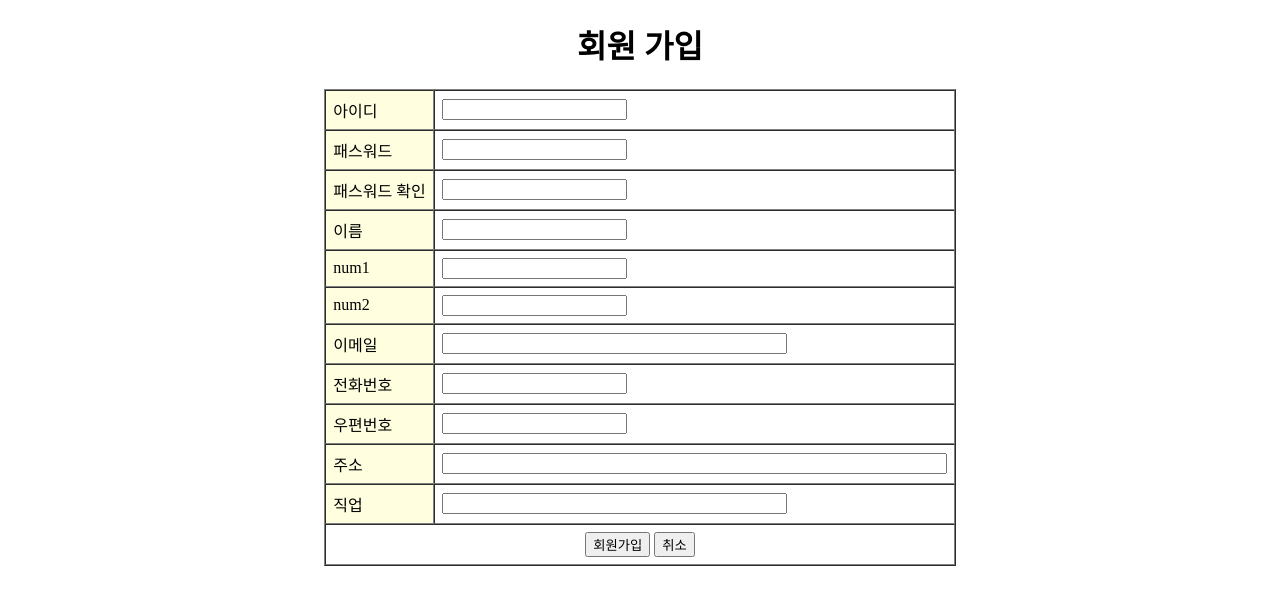
Repository: leekyengho/zodiac
Page: http://localhost/jsphomepage/homepage/member.jsp
These files come from the project's save history. The page is drawn as it stood at one moment and after the next save; the edit follows.
The browser window is 1280 px wide. The pictures show the whole page.
The page is served by Tomcat 9. Other server files are loaded and not shown.

Above is the page before, as saved 2016-11-26 13:24:53.

### jsphomepage/WebContent/homepage/member.jsp
<%@ page language="java" contentType="text/html; charset=EUC-KR"
    pageEncoding="EUC-KR"%>
<!DOCTYPE html PUBLIC "-//W3C//DTD HTML 4.01 Transitional//EN" "http://www.w3.org/TR/html4/loose.dtd">
<html>
<head>
<meta http-equiv="Content-Type" content="text/html; charset=EUC-KR">
<title>Insert title here</title>
</head>
<body>
<div align=center>
<h1>회원 가입</h1>
	<form name=memberFrm  method="post" action="memberProc.jsp">
		<table border=1 cellpadding=7 cellspacing=0 >
			<tr>
				<td bgcolor=lightyellow>아이디 </td>
    			<td align=left><input type="text" name="id"  maxlength=20></td>
    		</tr>
			<tr>
				<td bgcolor=lightyellow>패스워드 </td>
    			<td align=left><input type="password" name="passwd"  maxlength=20></td>
    		</tr>
			<tr>
				<td bgcolor=lightyellow>패스워드 확인 </td>
  			    <td align=left><input type="password" name="repasswd"  maxlength=20></td>
  			</tr>
			<tr>
				<td bgcolor=lightyellow>이름 </td>
    			<td align=left><input type="text" name="name"  maxlength=20/></td>
    		</tr>
			<tr>
				<td bgcolor=lightyellow>num1</td>
   				<td align=left><input type="text" name="num1"  maxlength=7></td>
   			</tr>
			<tr>
				<td bgcolor=lightyellow>num2 </td>
  				<td align=left><input type="text" name="num2"  maxlength=7 ></td>
  			</tr>
			<tr>
				<td bgcolor=lightyellow>이메일 </td>
  				<td align=left><input type="text" name="email" maxlength=30 size=40></td>
  			</tr>
			<tr>
				<td bgcolor=lightyellow>전화번호 </td>
  				<td align=left><input type="text" name="phone" maxlength=30></td>
  			</tr>
			<tr>
				<td bgcolor=lightyellow>우편번호</td>
   				<td align=left><input type="text" name="zipcode" maxlength=7></td>
   			</tr>
			<tr>
				<td bgcolor=lightyellow>주소 </td>
    			<td align=left><input type="text" name="address" maxlength=30 size=60></td>
    		</tr>
			<tr>
				<td bgcolor=lightyellow>직업</td>
   				<td align=left><input type="text" name="job" maxlength=30 size=40></td>
   			</tr>
			<tr>
				<td colspan=2 align=center><input type="submit" value="회원가입">
    			<input type="reset" value="취소"></td>
    		</tr>
		</table>
	</form>
</div>
</body>
</html>

After the next save:
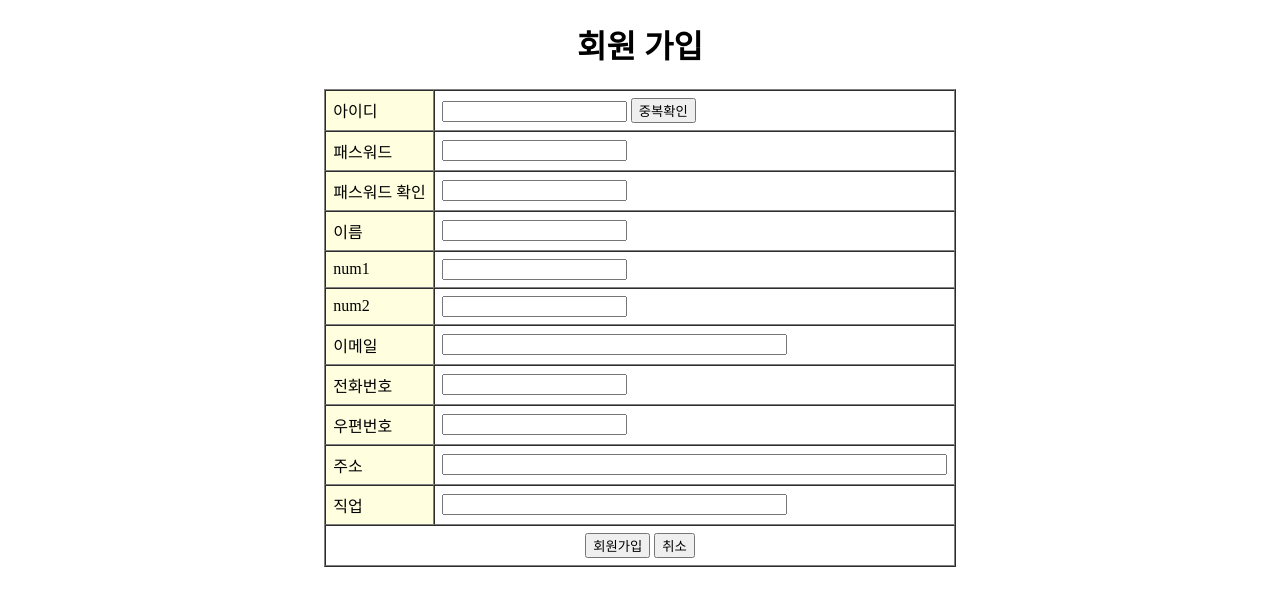
Console error (its wording comes from the project's code and is left out).
Saved 39 min 12 s later.
--- a/jsphomepage/WebContent/homepage/member.jsp
+++ b/jsphomepage/WebContent/homepage/member.jsp
@@ -13,7 +13,9 @@
 		<table border=1 cellpadding=7 cellspacing=0 >
 			<tr>
 				<td bgcolor=lightyellow>아이디 </td>
-    			<td align=left><input type="text" name="id"  maxlength=20></td>
+    			<td align=left><input type="text" name="id"  maxlength=20>
+    				<input type="button" name="confirm_id" value="중복확인" OnClick="this.from)">
+    			</td>
     		</tr>
 			<tr>
 				<td bgcolor=lightyellow>패스워드 </td>

After the save that followed:
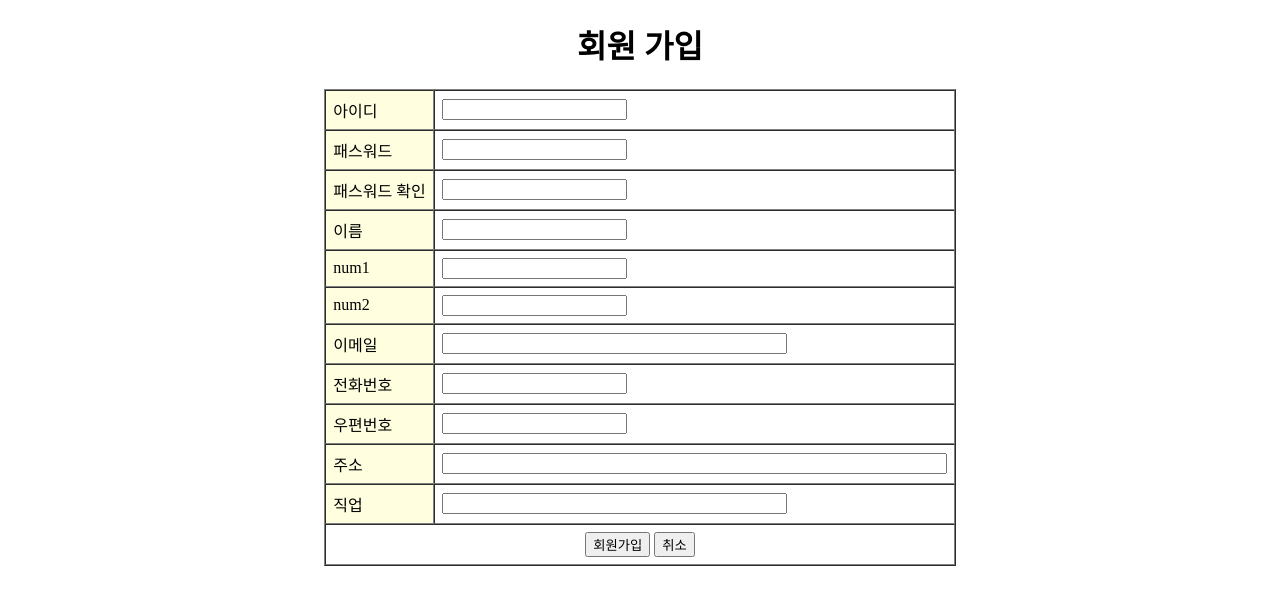
The error is gone.
Saved 3 min 59 s later.
--- a/jsphomepage/WebContent/homepage/member.jsp
+++ b/jsphomepage/WebContent/homepage/member.jsp
@@ -13,9 +13,7 @@
 		<table border=1 cellpadding=7 cellspacing=0 >
 			<tr>
 				<td bgcolor=lightyellow>아이디 </td>
-    			<td align=left><input type="text" name="id"  maxlength=20>
-    				<input type="button" name="confirm_id" value="중복확인" OnClick="this.from)">
-    			</td>
+    			<td align=left><input type="text" name="id"  maxlength=20></td>
     		</tr>
 			<tr>
 				<td bgcolor=lightyellow>패스워드 </td>
